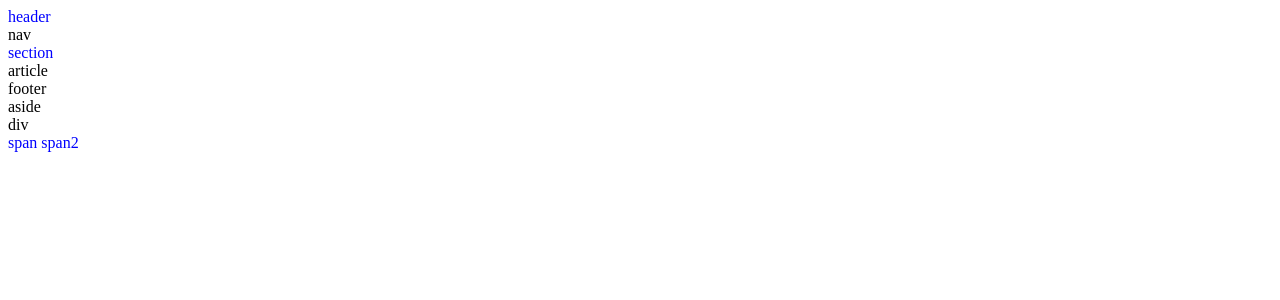
Repository: lbj0314/webTest
Page: Css_1/WebContent/css_1.html
These files come from the project's save history. The page is drawn as it stood at one moment and after the next save; the edit follows.
The browser window is 1280 px wide. The pictures show the whole page.

Above is the page before, as saved 2019-10-16 01:20:50.

After the next save:
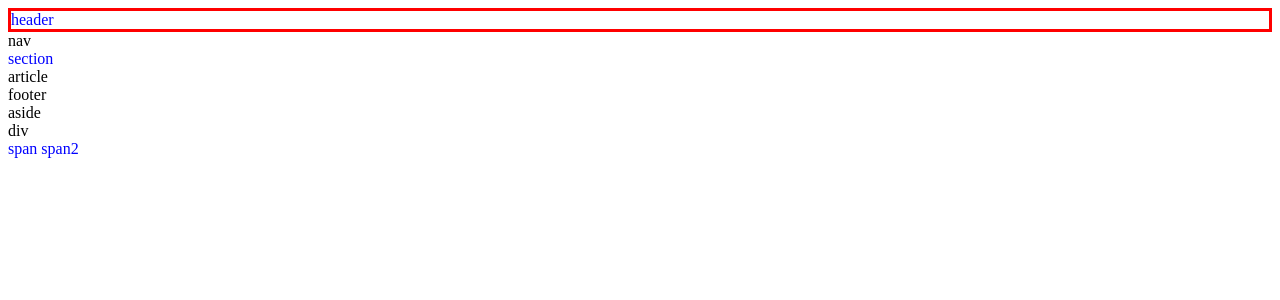
Saved 5 min 20 s later.
--- a/Css_1/WebContent/css/test.css
+++ b/Css_1/WebContent/css/test.css
@@ -1,3 +1,7 @@
 @charset "UTF-8";
+/* css 주석 */
+header{
+	color: olive;
+	border: 3px solid red;
 
-header {color: olive;}
+}
